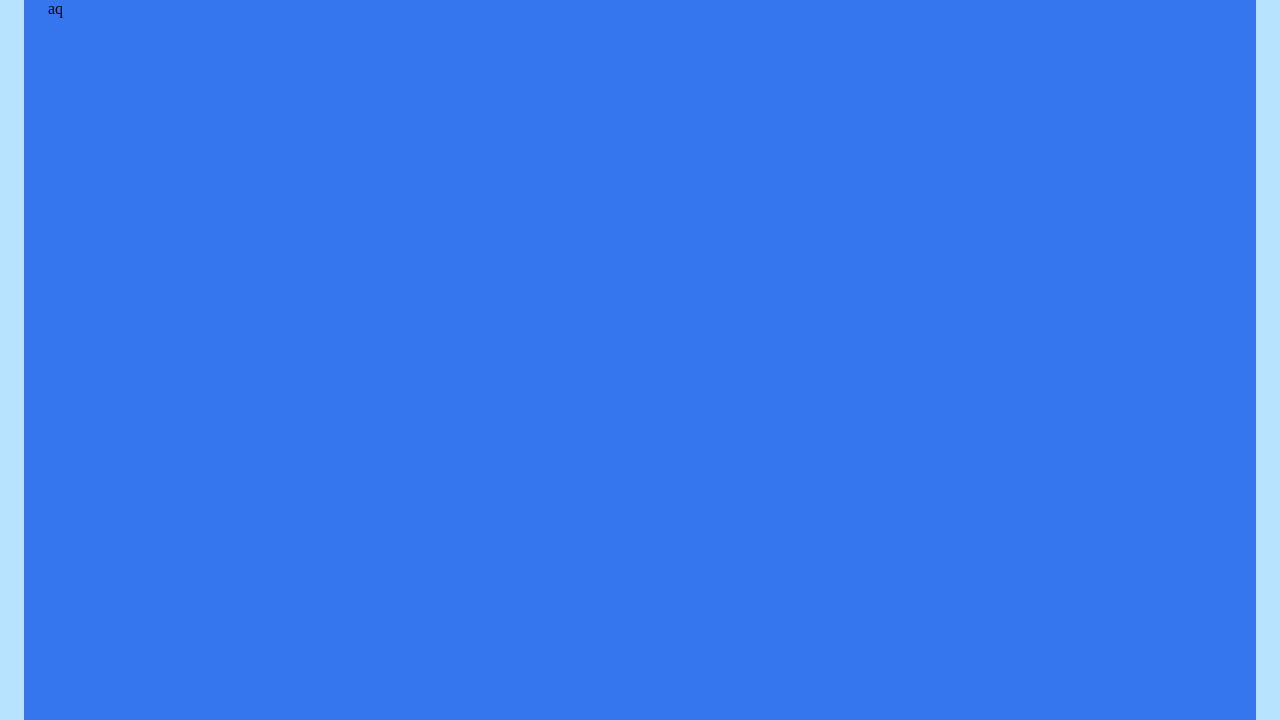
Repository: arafat877/super-chat
Page: /
These files come from the project's save history. The page is drawn as it stood at one moment and after the next save; the edit follows.
The browser window is 1280 px wide. The pictures show the whole page.
The project was rebuilt for these pictures with package versions that can differ from the ones it lists, and the page was loaded fresh each time. Also part of the build but not shown: src/App.scss.

Above is the page before, as saved 2020-08-05 13:54:31.

After the next save:
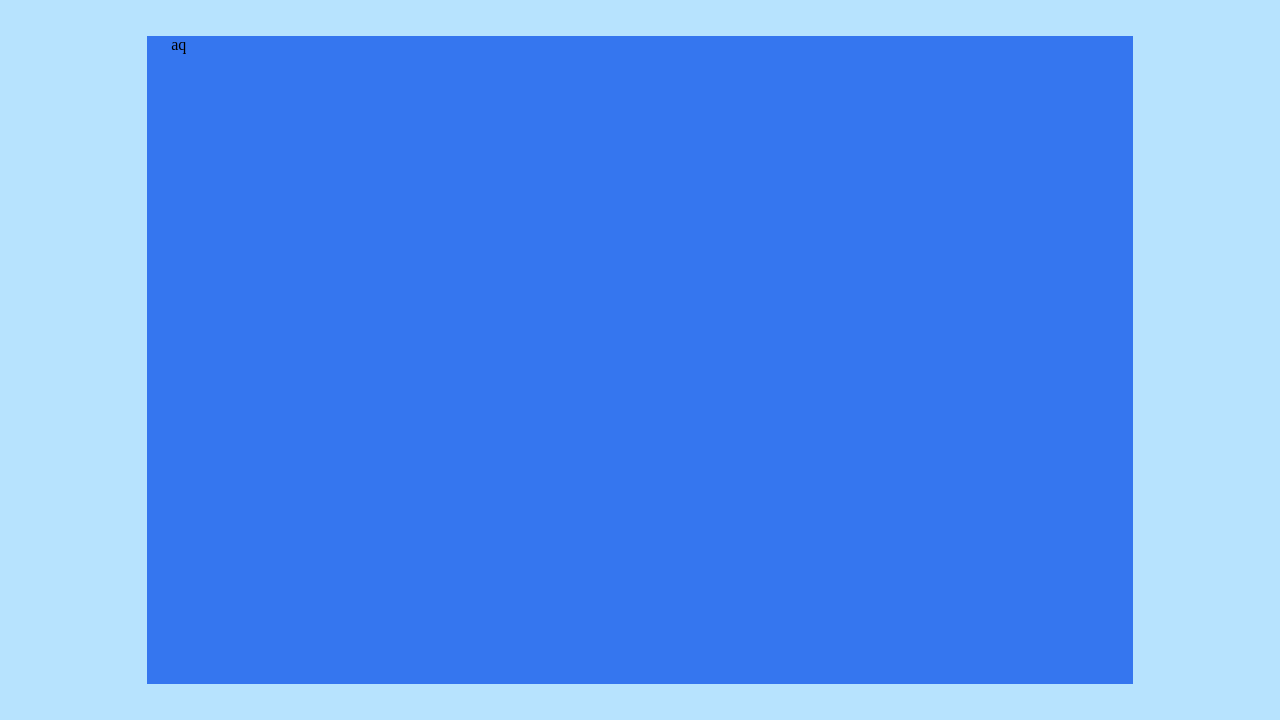
Saved 82 s later.
--- a/src/App.js
+++ b/src/App.js
@@ -19,6 +19,9 @@ const useStyles = makeStyles((theme) => ({
   },
   innerContainer:{
     backgroundColor:'#3576ef',
+    margin:'auto',
+    height:'90%',
+    width:"80%"
 
   }
 }));
